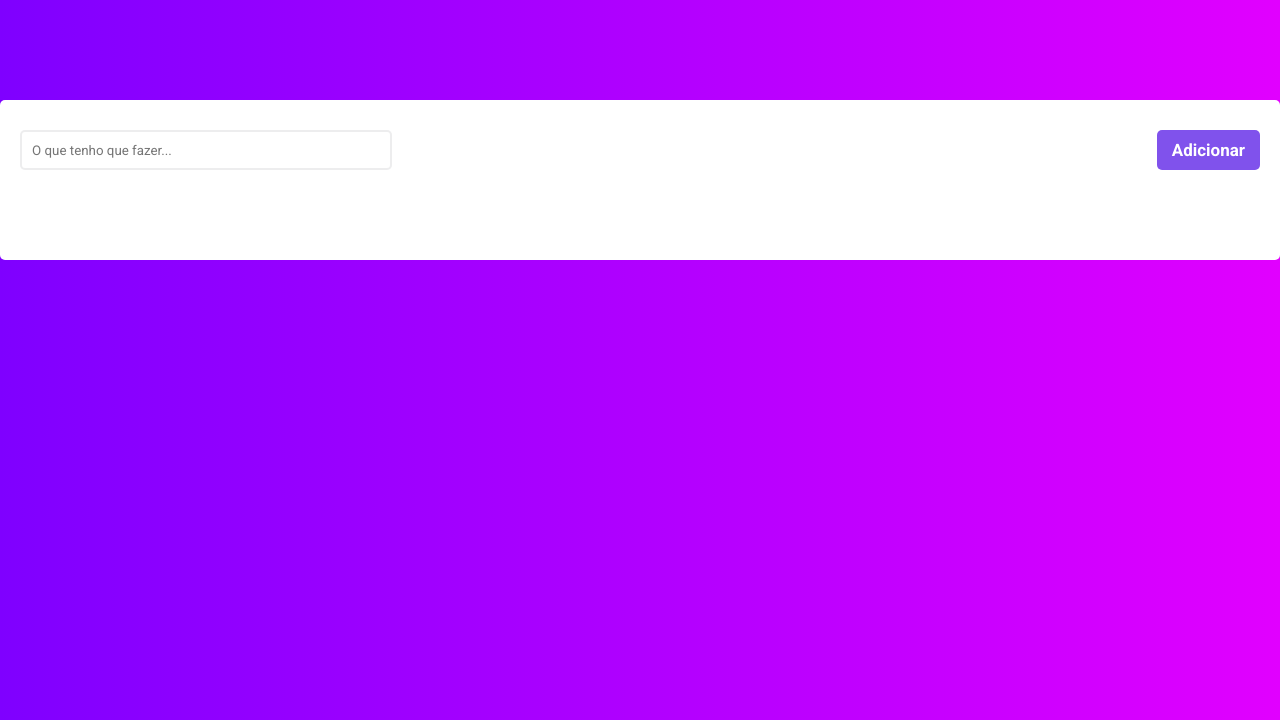
Repository: PLSR12/ToDoList
Page: index.html
An editor plug-in stored every save of this project. The page is shown before and after the next save, followed by the edit.
The browser window is 1280 px wide. The pictures show the whole page.
Some web libraries are served in a nearby version.

Above is the page before, as saved 2022-01-14 12:58:40.

### index.html
<!DOCTYPE html>
<html lang="pt-br">

<head>
    <meta charset="UTF-8">
    <meta http-equiv="X-UA-Compatible" content="IE=edge">
    <meta name="viewport" content="width=device-width, initial-scale=1.0">
    <script src="https://kit.fontawesome.com/7a5bd120bc.js" crossorigin="anonymous"></script>
    <link rel="stylesheet" href="./styles.css">
    <link rel="preconnect" href="https://fonts.googleapis.com">
    <link rel="preconnect" href="https://fonts.gstatic.com" crossorigin>
    <link href="https://fonts.googleapis.com/css2?family=Roboto:wght@100;400;700&display=swap" rel="stylesheet">
    <title> Lista de Tarefas </title>
</head>

<body>

    <div class="container">
        <input id="input-principal" placeholder="O que tenho que fazer...">

        <button id="botao-adicionar"> Adicionar </button>

        <ul id="tarefas">

        </ul>
    </div>

</body>

<script src="./scripts.js">

</script>

</html>

### styles.css

* {
    margin: 0;
    padding: 0;
    box-sizing: border-box;
    outline: none;
    font-family: 'Roboto', sans-serif;
}

body {
    background: linear-gradient(90deg, #7F00FF 0%, #E100FF 100%);
}


#botao-adicionar {
    background: #8052EC;
    border-radius: 5px;
    height: 40px;
    border: none;
    padding: 0 15px;
    color: #FFFFFF;
    font-size: 17px;
    cursor: pointer;
    float: right;
    font-weight: 700;
}

#botao-adicionar:hover{
    opacity: 0.8;
}

#botao-adicionar:active {
    opacity: 0.6;
}

.container {
    background: #FFFFFF;
    width: 100%;
    margin-bottom: 100px;
    border-radius: 5px;
    margin-top: 100px;
    margin-left: auto;
    margin-right: auto;
    padding: 30px 20px;
}

#input-principal {
    width: 372px;
    height: 40px;
    border: 2px solid rgba(209, 211, 212, 0.4);
    border-radius: 5px;
    padding-left: 10px;
}

#tarefas {
    width: 100%;
    list-style: none;
    margin-top: 60px;
}

.item-tarefa {
    background: #F2F2F2;
    box-shadow: 1px 4px 10px rgba(0, 0, 0, 0.2);
    border-radius: 5px;
    padding: 20px 45px;
    cursor: pointer;
    position: relative;
    margin-top: 30px;
}

.nome-tarefa {
    color: #000000;
    font-size: 15px;
}

.botao-delete {
    border: none;
    background: transparent;
    position: absolute;
    right: 0;
    top: 0;
    height: 100%;
    width: 40px;
    cursor: pointer;
    opacity: 0;
    transition: opacity 0.5s ease-in-out;
}

.fa-trash{
    color: red;
}

.botao-foguete {
    border: none;
    background: transparent;
    position: absolute;
    left: 0;
    top: 0;
    height: 100%;
    width: 40px;
    cursor: pointer;
    opacity: 0;
    transition: opacity 0.5s ease-in-out;
}

.fa-rocket {
    color:#4F0FC5;
}

.item-tarefa:hover .botao-delete{
    opacity: 1;
}

.item-tarefa:hover .botao-foguete{
    opacity: 1;
}

.concluido{
   background-color: #d4f88d;
   text-decoration: line-through;
}

### scripts.js
let input = document.getElementById("input-principal");
let button = document.getElementById("botao-adicionar");
let tarefa = document.getElementById("nome-tarefa-id");
let listaCompleta = document.getElementById("tarefas");

let arrayDeTarefas = [];
recarregarTarefas();

function mostrarTarefas() {
  let novaLi = "";

  arrayDeTarefas.forEach((tarefa, index) => {
    novaLi =
      novaLi +
      `
        <li class="item-tarefa ${tarefa.concluida == true ? "concluido" : ""} ">
            <button class="botao-foguete" onclick="concluirTarefa(${index})">
                <i class="fas fa-rocket"></i>
            </button>

            <p class="nome-tarefa ${
              tarefa.concluida == true ? "concluido" : ""
            }" id="nome-tarefa-id">${tarefa.tarefa}</p>

            <button class="botao-delete" onclick="deletarTarefa(${index})">
                <i class="fas fa-trash"></i>
            </button>
        </li>
`;
  });

  listaCompleta.innerHTML = novaLi;

  localStorage.setItem("lista", JSON.stringify(arrayDeTarefas));
}

function deletarTarefa(index) {
  arrayDeTarefas.splice(index, 1);

  mostrarTarefas();
}

function adicionarTarefa() {
  if (input.value) {
    arrayDeTarefas.push({
      tarefa: input.value,
      concluida: false,
    });
  } else {
    alert("Digite uma tarefa");
  }

  input.value = "";
  mostrarTarefas();
}

function concluirTarefa(index) {
  arrayDeTarefas[index].concluida = !arrayDeTarefas[index].concluida;

  mostrarTarefas();
}

function recarregarTarefas() {
  let minhasTarefas = localStorage.getItem("lista");

  if (minhasTarefas) {
    arrayDeTarefas = JSON.parse(minhasTarefas);

    mostrarTarefas();
  }
}

function adicionarPeloEnter(teclas) {
  if (teclas.key === "Enter") {
    adicionarTarefa();
  }
}

button.addEventListener("click", adicionarTarefa);

document.addEventListener("keypress", adicionarPeloEnter);

After the next save:
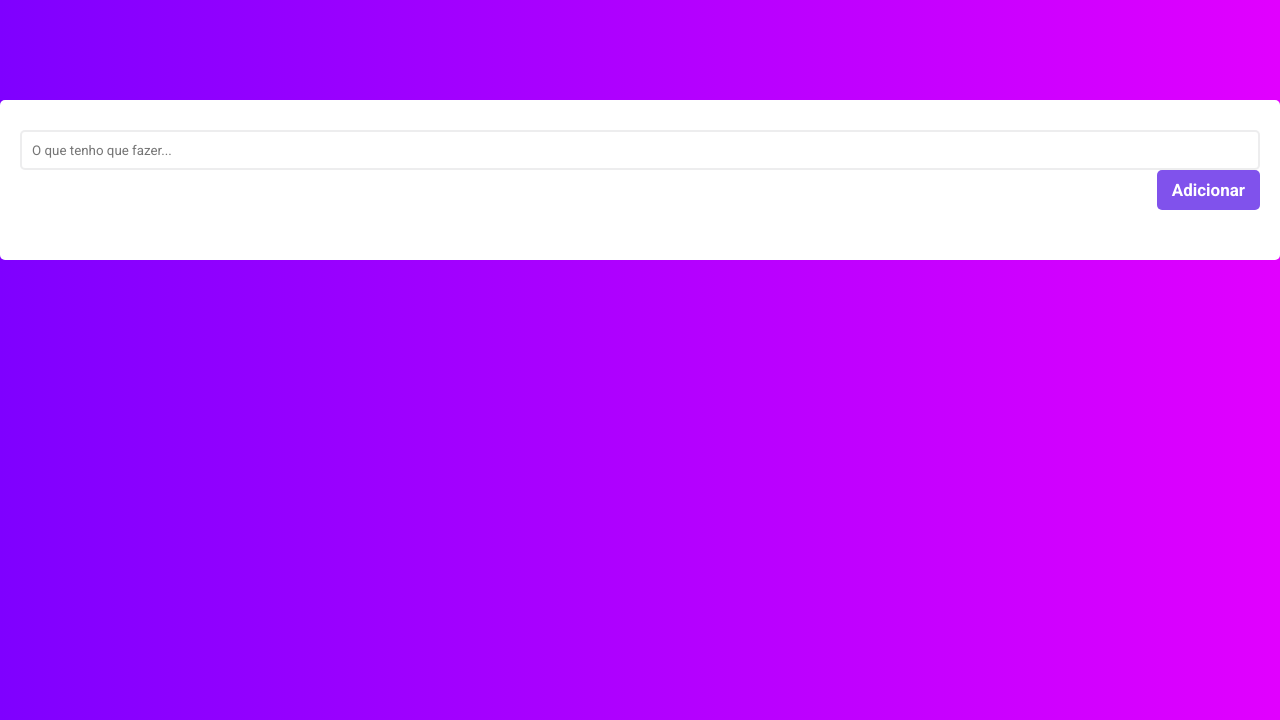
Saved 7 s later.
--- a/styles.css
+++ b/styles.css
@@ -45,7 +45,7 @@ body {
 }
 
 #input-principal {
-    width: 372px;
+    width: 100%;
     height: 40px;
     border: 2px solid rgba(209, 211, 212, 0.4);
     border-radius: 5px;
